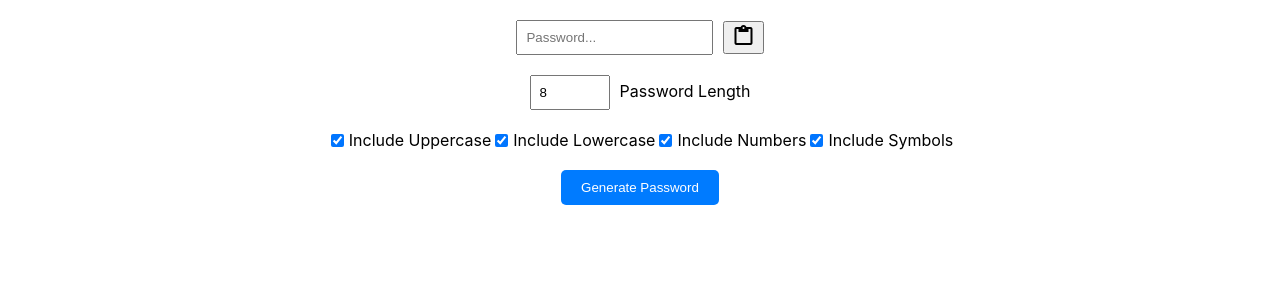
Repository: sriram1224/pass-generator
Page: /
These files come from the project's save history. The page is drawn as it stood at one moment and after the next save; the edit follows.
The browser window is 1280 px wide. The pictures show the whole page.
The project was rebuilt for these pictures with package versions that can differ from the ones it lists, and the page was loaded fresh each time.

Above is the page before, as saved 2024-03-21 20:09:59.

After the next save:
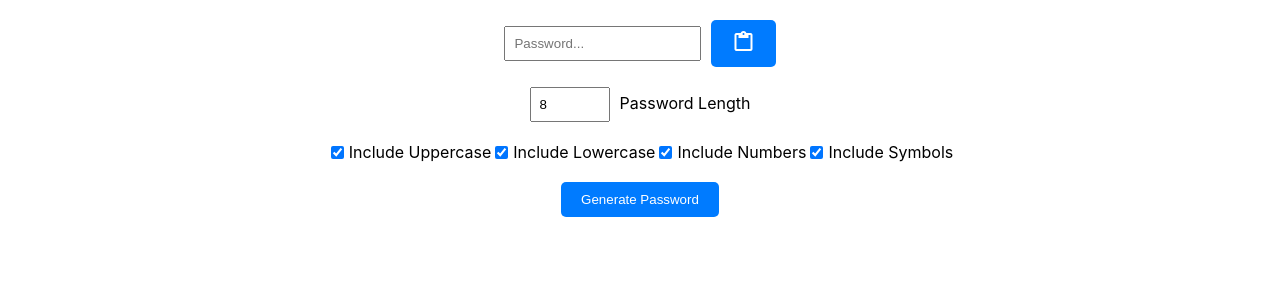
Saved 24 s later.
--- a/src/App.css
+++ b/src/App.css
@@ -51,3 +51,11 @@
   align-items: center;
   margin-bottom: 20px;
 }
+.copy{
+  padding: 10px 20px;
+  background-color: #007bff;
+  color: #fff;
+  border: none;
+  border-radius: 5px;
+  cursor: pointer;
+}
